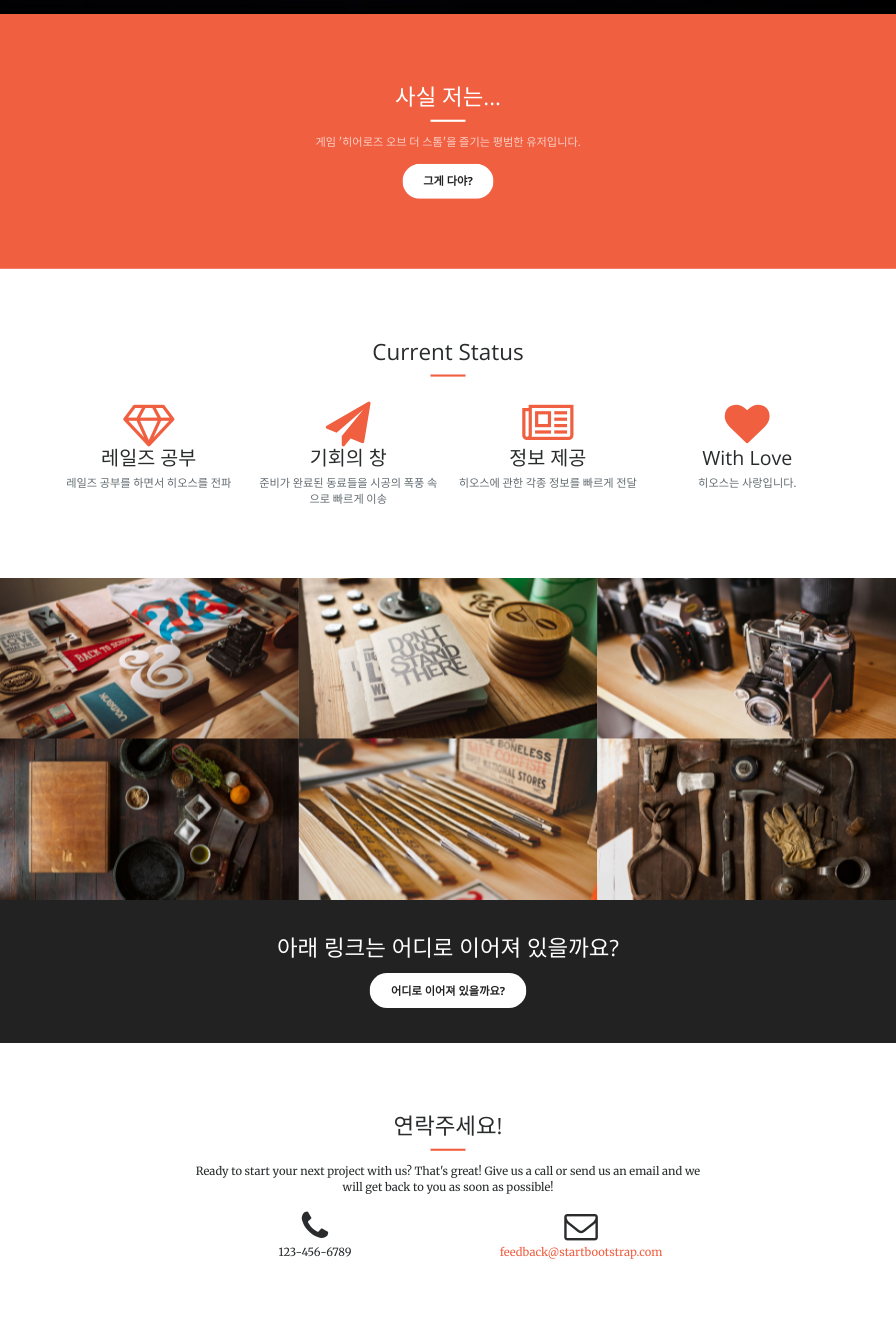
Repository: moonaanii/LikeLionSelfIntro
Page: moonaanii/workspace/public/index.html
The author's editor kept a record of every edit. The page is drawn from the files as they stood at one moment, then again after the next edit.
The browser window is 1280 px wide. The pictures show the part of the page from y = 700 to 2620 px (the page is 2620 px tall before and 2596 px after), at 70% of full size.
Some web libraries are served in a nearby version.

Above is the page before.

### moonaanii/workspace/public/index.html
<!DOCTYPE html>
<html lang="en">

<head>

    <meta charset="utf-8">
    <meta name="viewport" content="width=device-width, initial-scale=1, shrink-to-fit=no">
    <meta name="description" content="">
    <meta name="author" content="">

    <title>Creative - Start Bootstrap Theme</title>

    <!-- Bootstrap Core CSS -->
    <link href="lib/bootstrap/css/bootstrap.min.css" rel="stylesheet">

    <!-- Additional fonts for this theme -->
    <link href="lib/font-awesome/css/font-awesome.min.css" rel="stylesheet" type="text/css">
    <link href='https://fonts.googleapis.com/css?family=Open+Sans:300italic,400italic,600italic,700italic,800italic,400,300,600,700,800' rel='stylesheet' type='text/css'>
    <link href='https://fonts.googleapis.com/css?family=Merriweather:400,300,300italic,400italic,700,700italic,900,900italic' rel='stylesheet' type='text/css'>

    <!-- Plugin CSS -->
    <link href="lib/magnific-popup/magnific-popup.css" rel="stylesheet">

    <!-- Theme CSS -->
    <link href="css/creative.min.css" rel="stylesheet">

    <!-- Temporary navbar container fix until Bootstrap 4 is patched -->
    <style>
    .navbar-toggler {
        z-index: 1;
    }

    @media (max-width: 576px) {
        nav > .container {
            width: 100%;
        }
    }
    </style>

</head>

<body id="page-top">

    <!-- Navigation -->
    <nav id="mainNav" class="navbar fixed-top navbar-toggleable-md navbar-light">
        <button class="navbar-toggler navbar-toggler-right" type="button" data-toggle="collapse" data-target="#navbarExample" aria-controls="navbarExample" aria-expanded="false" aria-label="Toggle navigation">
            <span class="navbar-toggler-icon"></span>
        </button>
        <div class="container">
            <a class="navbar-brand page-scroll" href="#page-top">Lee Moonhwan</a>
            <div class="collapse navbar-collapse" id="navbarExample">
                <ul class="navbar-nav ml-auto">
                    <li class="nav-item">
                        <a class="nav-link page-scroll" href="#about">My Life</a>
                    </li>
                    <li class="nav-item">
                        <a class="nav-link page-scroll" href="#services">Current Status</a>
                    </li>
                    <li class="nav-item">
                        <a class="nav-link page-scroll" href="#portfolio">Not Mine</a>
                    </li>
                    <li class="nav-item">
                        <a class="nav-link page-scroll" href="#contact">Contact Info</a>
                    </li>
                </ul>
            </div>
        </div>
    </nav>

    <header>
        <div class="header-content">
            <div class="header-content-inner">

                <h1 id="homeHeading">Who is he?</h1>
                <hr>
                <p>이문환에 관한 정보를 얻는 가장 빠른 방법</p>
                <a href="#about" class="btn btn-primary btn-xl page-scroll">누굴까요?</a>
            </div>
        </div>
    </header>

    <section class="bg-primary" id="about">
        <div class="container">
            <div class="row">
                <div class="col-lg-8 offset-lg-2 text-center">
                    <h2 class="section-heading text-white">사실 저는...</h2>
                    <hr class="light">
                    <p class="text-faded">게임 '히어로즈 오브 더 스톰'을 즐기는 평범한 유저입니다.</p>
                    <a href="#services" class="page-scroll btn btn-default btn-xl sr-button">그게 다야?</a>
                </div>
            </div>
        </div>
    </section>

    <section id="services">
        <div class="container">
            <div class="row">
                <div class="col-lg-12 text-center">
                    <h2 class="section-heading">Current Status</h2>
                    <hr class="primary">
                </div>
            </div>
        </div>
        <div class="container">
            <div class="row">
                <div class="col-lg-3 col-md-6 text-center">
                    <div class="service-box">
                        <i class="fa fa-4x fa-diamond text-primary sr-icons"></i>
                        <h3>레일즈 공부</h3>
                        <p class="text-muted">레일즈 공부를 하면서 히오스를 전파</p>
                    </div>
                </div>
                <div class="col-lg-3 col-md-6 text-center">
                    <div class="service-box">
                        <i class="fa fa-4x fa-paper-plane text-primary sr-icons"></i>
                        <h3>기회의 창</h3>
                        <p class="text-muted">준비가 완료된 동료들을 시공의 폭풍 속으로 빠르게 이송</p>
                    </div>
                </div>
                <div class="col-lg-3 col-md-6 text-center">
                    <div class="service-box">
                        <i class="fa fa-4x fa-newspaper-o text-primary sr-icons"></i>
                        <h3>정보 제공</h3>
                        <p class="text-muted">히오스에 관한 각종 정보를 빠르게 전달</p>
                    </div>
                </div>
                <div class="col-lg-3 col-md-6 text-center">
                    <div class="service-box">
                        <i class="fa fa-4x fa-heart text-primary sr-icons"></i>
                        <h3>With Love</h3>
                        <p class="text-muted">히오스는 사랑입니다.</p>
                    </div>
                </div>
            </div>
        </div>
    </section>

    <section class="no-padding" id="portfolio">
        <div class="container-fluid">
            <div class="row no-gutter popup-gallery">
                <div class="col-lg-4 col-sm-6">
                    <a href="img/portfolio/fullsize/1.jpg" class="portfolio-box">
                        <img src="img/portfolio/thumbnails/1.jpg" class="img-fluid" alt="">
                        <div class="portfolio-box-caption">
                            <div class="portfolio-box-caption-content">
                                <div class="project-category text-faded">
                                    Category
                                </div>
                                <div class="project-name">
                                    Project Name
                                </div>
                            </div>
                        </div>
                    </a>
                </div>
                <div class="col-lg-4 col-sm-6">
                    <a href="img/portfolio/fullsize/2.jpg" class="portfolio-box">
                        <img src="img/portfolio/thumbnails/2.jpg" class="img-fluid" alt="">
                        <div class="portfolio-box-caption">
                            <div class="portfolio-box-caption-content">
                                <div class="project-category text-faded">
                                    Category
                                </div>
                                <div class="project-name">
                                    Project Name
                                </div>
                            </div>
                        </div>
                    </a>
                </div>
                <div class="col-lg-4 col-sm-6">
                    <a href="img/portfolio/fullsize/3.jpg" class="portfolio-box">
                        <img src="img/portfolio/thumbnails/3.jpg" class="img-fluid" alt="">
                        <div class="portfolio-box-caption">
                            <div class="portfolio-box-caption-content">
                                <div class="project-category text-faded">
                                    Category
                                </div>
                                <div class="project-name">
                                    Project Name
                                </div>
                            </div>
                        </div>
                    </a>
                </div>
                <div class="col-lg-4 col-sm-6">
                    <a href="img/portfolio/fullsize/4.jpg" class="portfolio-box">
                        <img src="img/portfolio/thumbnails/4.jpg" class="img-fluid" alt="">
                        <div class="portfolio-box-caption">
                            <div class="portfolio-box-caption-content">
                                <div class="project-category text-faded">
                                    Category
                                </div>
                                <div class="project-name">
                                    Project Name
                                </div>
                            </div>
                        </div>
                    </a>
                </div>
                <div class="col-lg-4 col-sm-6">
                    <a href="img/portfolio/fullsize/5.jpg" class="portfolio-box">
                        <img src="img/portfolio/thumbnails/5.jpg" class="img-fluid" alt="">
                        <div class="portfolio-box-caption">
                            <div class="portfolio-box-caption-content">
                                <div class="project-category text-faded">
                                    Category
                                </div>
                                <div class="project-name">
                                    Project Name
                                </div>
                            </div>
                        </div>
                    </a>
                </div>
                <div class="col-lg-4 col-sm-6">
                    <a href="img/portfolio/fullsize/6.jpg" class="portfolio-box">
                        <img src="img/portfolio/thumbnails/6.jpg" class="img-fluid" alt="">
                        <div class="portfolio-box-caption">
                            <div class="portfolio-box-caption-content">
                                <div class="project-category text-faded">
                                    Category
                                </div>
                                <div class="project-name">
                                    Project Name
                                </div>
                            </div>
                        </div>
                    </a>
                </div>
            </div>
        </div>
    </section>

    <aside class="bg-dark">
        <div class="container text-center">
            <div class="call-to-action">
                <h2>아래 링크는 어디로 이어져 있을까요?</h2>
                <a href="http://kr.battle.net/heroes/ko/" class="btn btn-default btn-xl sr-button">어디로 이어져 있을까요?</a>
            </div>
        </div>
    </aside>

    <section id="contact">
        <div class="container">
            <div class="row">
                <div class="col-lg-8 offset-lg-2 text-center">
                    <h2 class="section-heading">연락주세요!</h2>
                    <hr class="primary">
                    <p>Ready to start your next project with us? That's great! Give us a call or send us an email and we will get back to you as soon as possible!</p>
                </div>
                <div class="col-lg-4 offset-lg-2 text-center">
                    <i class="fa fa-phone fa-3x sr-contact"></i>
                    <p>123-456-6789</p>
                </div>
                <div class="col-lg-4 text-center">
                    <i class="fa fa-envelope-o fa-3x sr-contact"></i>
                    <p><a href="mailto:your-email@your-domain.com">feedback@startbootstrap.com</a></p>
                </div>
            </div>
        </div>
    </section>

    <!-- jQuery Version 3.1.1 -->
    <script src="lib/jquery/jquery.js"></script>

    <!-- Tether -->
    <script src="lib/tether/tether.min.js"></script>

    <!-- Bootstrap Core JavaScript -->
    <script src="lib/bootstrap/js/bootstrap.min.js"></script>

    <!-- Plugin JavaScript -->
    <script src="https://cdnjs.cloudflare.com/ajax/libs/jquery-easing/1.3/jquery.easing.min.js"></script>
    <script src="lib/scrollreveal/scrollreveal.min.js"></script>
    <script src="lib/magnific-popup/jquery.magnific-popup.min.js"></script>

    <!-- Theme JavaScript -->
    <script src="js/creative.min.js"></script>

</body>

</html>

### moonaanii/workspace/public/js/creative.min.js
/*!
 * Start Bootstrap - Creative v4.0.0-alpha (http://startbootstrap.com/template-overviews/creative)
 * Copyright 2013-2017 Start Bootstrap
 * Licensed under MIT (https://github.com/BlackrockDigital/startbootstrap/blob/gh-pages/LICENSE)
 */
!function(a){"use strict";a(document).on("click","a.page-scroll",function(e){var l=a(this);a("html, body").stop().animate({scrollTop:a(l.attr("href")).offset().top-48},1250,"easeInOutExpo"),e.preventDefault()}),a("body").scrollspy({target:"#mainNav",offset:54}),a(".navbar-collapse>ul>li>a").click(function(){a(".navbar-collapse").collapse("hide")}),a(window).scroll(function(){a("#mainNav").offset().top>100?a("#mainNav").addClass("navbar-shrink"):a("#mainNav").removeClass("navbar-shrink")}),window.sr=ScrollReveal(),sr.reveal(".sr-icons",{duration:600,scale:.3,distance:"0px"},200),sr.reveal(".sr-button",{duration:1e3,delay:200}),sr.reveal(".sr-contact",{duration:600,scale:.3,distance:"0px"},300),a(".popup-gallery").magnificPopup({delegate:"a",type:"image",tLoading:"Loading image #%curr%...",mainClass:"mfp-img-mobile",gallery:{enabled:!0,navigateByImgClick:!0,preload:[0,1]},image:{tError:'<a href="%url%">The image #%curr%</a> could not be loaded.'}})}(jQuery);

Loaded but not shown: moonaanii/workspace/public/lib/bootstrap/css/bootstrap.min.css (library); moonaanii/workspace/public/lib/font-awesome/css/font-awesome.min.css (library); moonaanii/workspace/public/lib/magnific-popup/magnific-popup.css (library); moonaanii/workspace/public/css/creative.min.css (library); moonaanii/workspace/public/lib/jquery/jquery.js (library); moonaanii/workspace/public/lib/tether/tether.min.js (library); moonaanii/workspace/public/lib/bootstrap/js/bootstrap.min.js (library); moonaanii/workspace/public/lib/scrollreveal/scrollreveal.min.js (library); moonaanii/workspace/public/lib/magnific-popup/jquery.magnific-popup.min.js (library)

After the next edit:
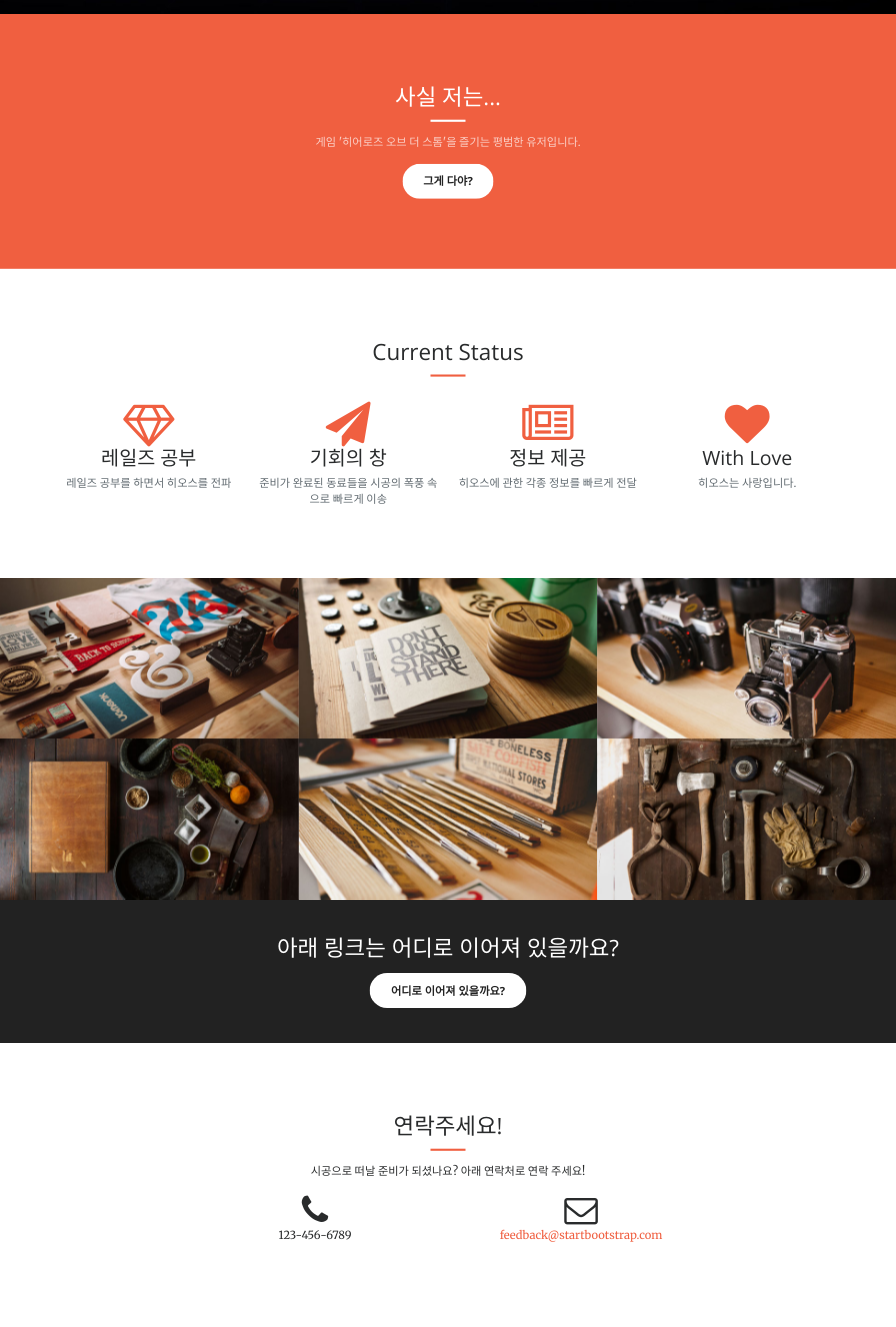
The edit:
--- a/moonaanii/workspace/public/index.html
+++ b/moonaanii/workspace/public/index.html
@@ -247,7 +247,7 @@
                 <div class="col-lg-8 offset-lg-2 text-center">
                     <h2 class="section-heading">연락주세요!</h2>
                     <hr class="primary">
-                    <p>Ready to start your next project with us? That's great! Give us a call or send us an email and we will get back to you as soon as possible!</p>
+                    <p>시공으로 떠날 준비가 되셨나요? 아래 연락처로 연락 주세요!</p>
                 </div>
                 <div class="col-lg-4 offset-lg-2 text-center">
                     <i class="fa fa-phone fa-3x sr-contact"></i>
